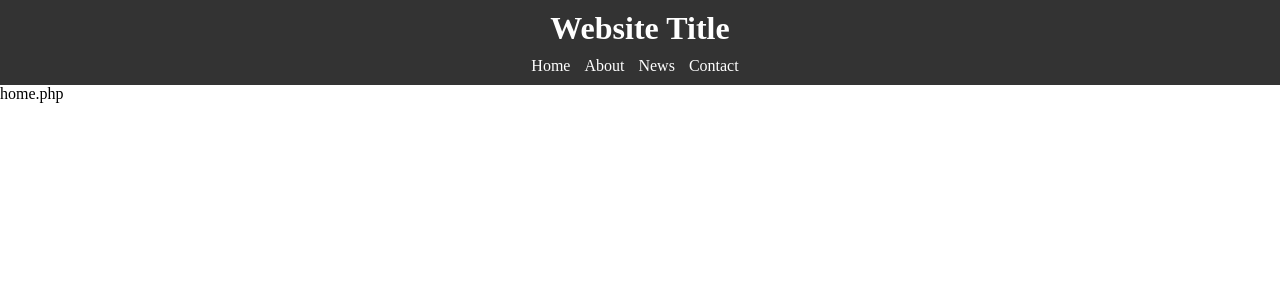
Repository: KHANHD192/Docker_lab
Page: http://localhost/?file=home.php
An editor plug-in stored every save of this project. The page is shown before and after the next save, followed by the edit.
The browser window is 1280 px wide. The pictures show the whole page.
The page is run by PHP 8.4 with error messages shown; the project is at /var/www/html/.

Above is the page before, as saved 2024-04-08 16:49:59.

### src/index.php
<!DOCTYPE html>
<html lang="en">
<head>
    <meta charset="UTF-8">
    <meta name="viewport" content="width=device-width, initial-scale=1.0">
    <title>Header</title>
    <!-- Định nghĩa CSS cho header -->
    <style>
        *{
            padding:0;
            margin:0;
        }


        header {
            background-color: #333;
            color: #fff;
            padding: 10px;
            text-align: center;
        }

        nav {
            text-align: center;
            margin-top: 10px;
        }

        nav ul {
            list-style-type: none;
            padding: 0;
            margin: 0;
        }

        nav ul li {
            display: inline;
            margin-right: 10px;
        }

        nav ul li a {
            color: #fff;
            text-decoration: none;
        }

        nav ul li a:hover {
            text-decoration: underline;
        }
        footer {
            background-color: #333;
            color: #fff;
            text-align: center;
            position: fixed;
            bottom: 0;
            width: 100%;
        }
    </style>
</head>
<body>
<header>
        <h1>Website Title</h1>
        <nav>
            <ul>
                <li><a href="?file=home.php">Home</a></li>
                <li><a href="?file=about.php">About</a></li>
                <li><a href="?file=news.php">News</a></li>
                <li><a href="?file=contact.php">Contact</a></li>
            </ul>
        </nav>
    </header>
    <content>
        <?php

        // print_r($black_list);
//validate
       if(empty($_GET['file'])) {
        include("include/home.php");
       }else {
        // echo "haha";/
        $black_list= array(
            "/etc/issue",
            "/etc/passwd",
            "/etc/shadow",
            "/etc/group",
            "/etc/hosts",
            "/etc/motd",
            "/proc/[0-9]*/fd/[0-9]*",
            "/proc/self/environ",
            "/proc/version",
            "/proc/cmdline",
            "/proc/sched_debug",
            "/proc/mounts",
            "/proc/net/arp",
            "/proc/net/route",
            "/proc/net/tcp"
        );
        $path=str_replace("../","",$_GET['file']);
        echo $path;
        echo "</br>";

        foreach($black_list as $item){
            // echo $item;
            if(stripos($path,$item) >=0 ){
                echo stripos($path,$item);
                //     echo "<h3>Hacking detected !</h3>";
                //     echo "</br>";
                exit();
            }
        }
        $src = "include/".$path;
        include($src);
       }
        ?>
    </content>
    <footer>
     <p>&copy; 2022 Your Website. All rights reserved.</p>
    </footer>
</body>
</html>

After the next save:
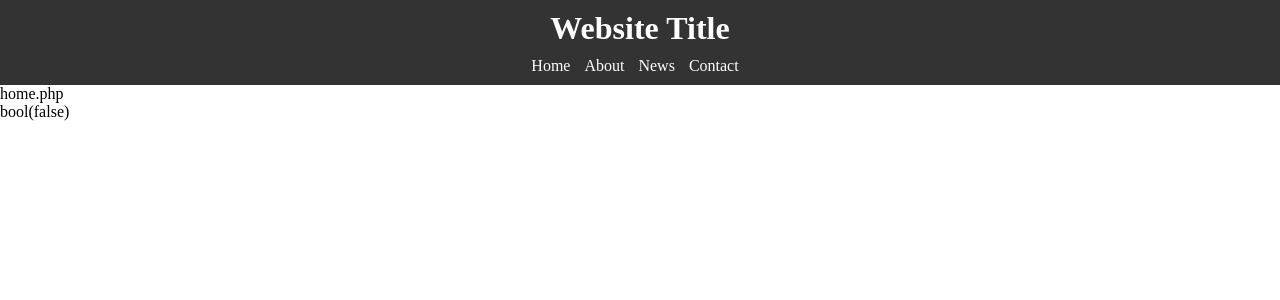
Saved 32 s later.
--- a/src/index.php
+++ b/src/index.php
@@ -98,7 +98,7 @@
         foreach($black_list as $item){
             // echo $item;
             if(stripos($path,$item) >=0 ){
-                echo stripos($path,$item);
+                var_dump(stripos($path,$item));
                 //     echo "<h3>Hacking detected !</h3>";
                 //     echo "</br>";
                 exit();
